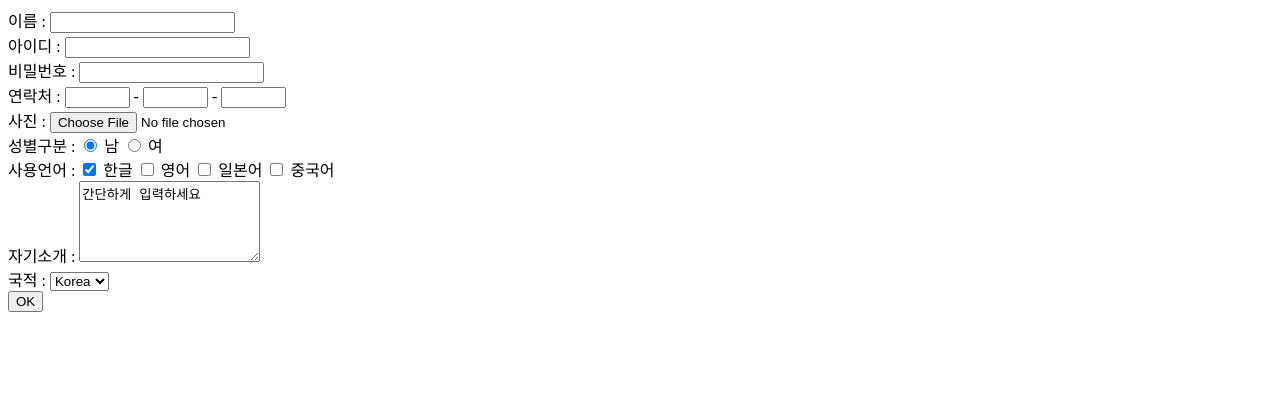
Repository: usonihs/StudyX
Page: JSP/HTML/src/main/webapp/Lec06.html
These files come from the project's save history. The page is drawn as it stood at one moment and after the next save; the edit follows.
The browser window is 1280 px wide. The pictures show the whole page.

Above is the page before, as saved 2022-10-19 06:12:06.

After the next save:
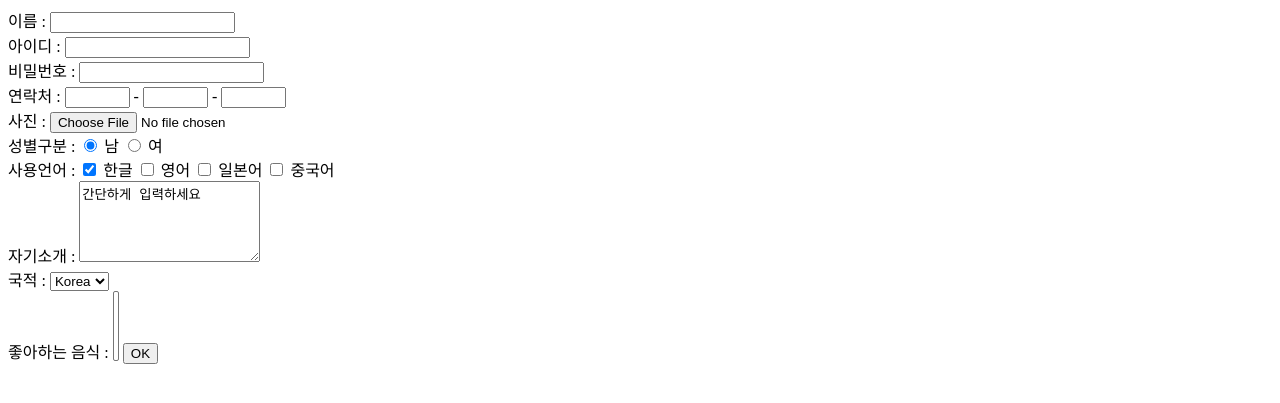
Saved 51 s later.
--- a/JSP/HTML/src/main/webapp/Lec06.html
+++ b/JSP/HTML/src/main/webapp/Lec06.html
@@ -34,6 +34,11 @@
 			<option>China</option>
 		</select> <br>
 
+		좋아하는 음식 :
+		<select multiple="multiple">
+		<option></option>
+		</select>
+
 		<input type="submit" name="okBtn" value="OK">
 	</form>
 </body>
